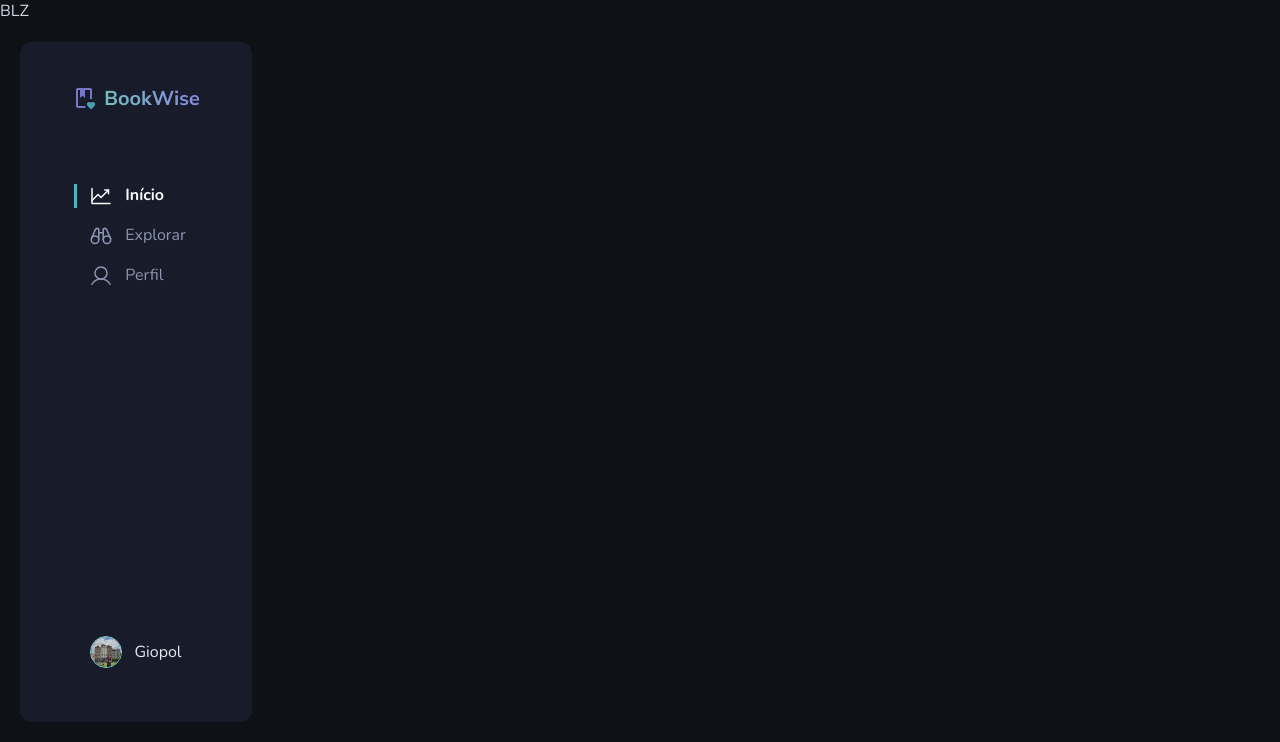
Repository: Giopol12/book-wise
Page: /index.page
These files come from the project's save history. The page is drawn as it stood at one moment and after the next save; the edit follows.
The browser window is 1280 px wide. The pictures show the whole page.
The project was rebuilt for these pictures with package versions that can differ from the ones it lists, and the page was loaded fresh each time. The framework's server and built-in components were replaced by stand-ins that run in the browser. Also part of the build but not shown: next.config.js.

Above is the page before, as saved 2023-10-17 16:56:15.

After the next save:
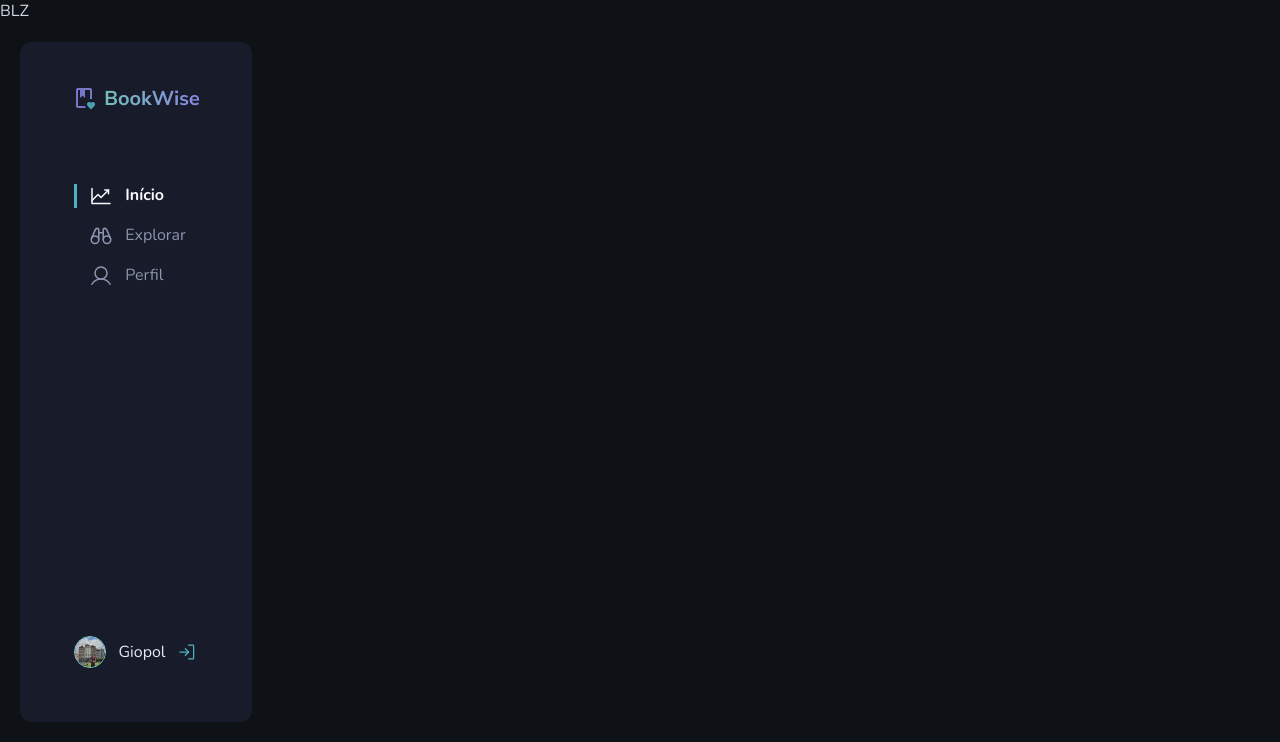
Saved 32 s later.
--- a/src/pages/home/components/Sidebar/index.tsx
+++ b/src/pages/home/components/Sidebar/index.tsx
@@ -38,6 +38,7 @@ export function Sidebar() {
       <LoginButton>
         {/* <strong>Fazer login</strong> <SignIn size={20} /> */}
         <Avatar avatarUrl={avatar} /> <span>Giopol</span>
+        <SignIn size={20} />
       </LoginButton>
     </SidebarContainer>
   )
